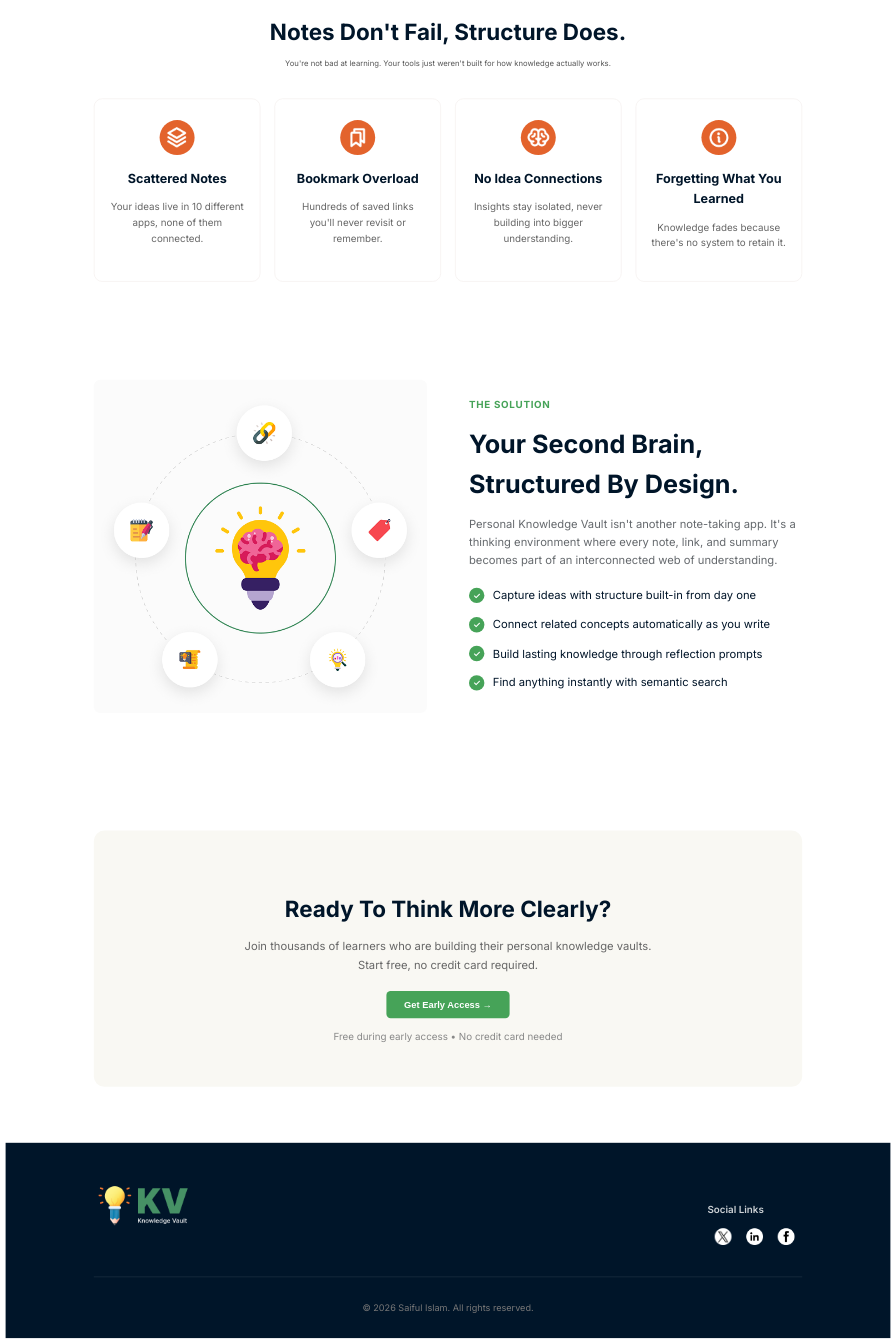
Repository: Saiful21Islam/my-fast-devel
Page: index.html
These files come from the project's save history. The page is drawn as it stood at one moment and after a run of saves; the edit follows.
The browser window is 1280 px wide. The pictures show the part of the page from y = 681 to 2601 px (the page is 2601 px tall), at 70% of full size.

Above is the page before, as saved 2026-01-31 14:55:51.

### index.html
<!DOCTYPE html>
<html lang="en">

<head>
    <meta charset="UTF-8">
    <meta name="viewport" content="width=device-width, initial-scale=1.0">
    <title>My Fast Development Project</title>
    <link rel="preconnect" href="https://fonts.googleapis.com">
<link rel="preconnect" href="https://fonts.gstatic.com" crossorigin>
<link href="https://fonts.googleapis.com/css2?family=Inter:ital,opsz,wght@0,14..32,100..900;1,14..32,100..900&family=Open+Sans:ital,wght@0,300..800;1,300..800&family=Work+Sans:ital,wght@0,100..900;1,100..900&display=swap" rel="stylesheet">
    <link rel="stylesheet" href="style.css">
</head>

<body>
    <header class="navbar">
        <div class="logo">
            <img src="assets/logo-navbar.png" alt="kv logo">
        </div>
    <nav class="nav-links">
        <a href="#">Features</a>
        <a href="#">How it Works</a>
        <a href="#">Why It's Different</a>
    </nav>
    <button class="btn-primary">Get Early Access</button>
</header>
 <section class="banner">
        <div class="banner-overlay">
            <div class="banner-content">
                <span class="early-badge">Early Access Now Open</span>
                <h1>Structured Thinking, <br><span class="green-text">Not Just Note-Taking.</span></h1>
                <p>A private space to store notes, links, and learning summaries — designed to help you think clearly,
                    connect ideas, and turn learning into long-term knowledge.</p>
                <div class="banner-btns">
                  <button class="btn-primary">Start Building Your Vault &rarr;</button>

                  <button class="btn-outline">
                  <span class="play-icon">&#9655;</span> See How It Works
                           </button>
                </div>
            </div>
        </div>
    </section>
        <section class="notes">
    <h2 class="Notes" >Notes Don't Fail, Structure Does.</h2>
    <p class="subtitle">You're not bad at learning. Your tools just weren't built for how knowledge actually works.</p>

    <div class="card-container">
        <div class="card">
            <div class="icon-circle red-bg"> <img src="assets/Vector.png" alt=""> </div>
            <h3>Scattered Notes</h3>
            <p>Your ideas live in 10 different apps, none of them connected.</p>
        </div>
        <div class="card">
            <div class="icon-circle orange-bg"> <img src="assets/Bookmarks.png" alt=""> </div>
            <h3>Bookmark Overload</h3>
            <p>Hundreds of saved links you'll never revisit or remember.</p>
        </div>
        <div class="card">
            <div class="icon-circle red-bg"> <img src="assets/Brain.png" alt=""> </div>
            <h3>No Idea Connections</h3>
            <p>Insights stay isolated, never building into bigger understanding.</p>
        </div>
        <div class="card">
            <div class="icon-circle red-bg"> <img src="assets/Info.png" alt=""> </div>
            <h3>Forgetting What You Learned</h3>
            <p>Knowledge fades because there's no system to retain it.</p>
        </div>
    </div>
    </section>
 <section class="second-brain">
    <div class="brain-visual">
        <img src="assets/knowledge.png" alt="Second Brain Illustration">
    </div>

    <div class="brain-content">
        <span class="solution-tag">THE SOLUTION</span>
        <h2>Your Second Brain, <br> Structured By Design.</h2>
        <p class="prgrap" >Personal Knowledge Vault isn't another note-taking app. It's a thinking environment where every note, link, and summary becomes part of an interconnected web of understanding.</p>

        <ul class="feature-list">
            <li>Capture ideas with structure built-in from day one</li>
            <li>Connect related concepts automatically as you write</li>
            <li>Build lasting knowledge through reflection prompts</li>
            <li>Find anything instantly with semantic search</li>
        </ul>
    </div>
</section>

<section class="cta-section">
    <div class="cta-container">
        <h2>Ready To Think More Clearly?</h2>
        <p>Join thousands of learners who are building their personal knowledge vaults. <br> Start free, no credit card required.</p>

        <button class="btn-primary">Get Early Access &rarr;</button>

        <span class="cta-subtext">Free during early access • No credit card needed</span>
    </div>
</section>

<footer class="footer">
    <div class="footer-top">
        <div class="footer-logo">
            <span> <div><img src="assets/logo-footer.png" alt=""></div> </span>
        </div>

        <div class="social-links">
            <p class="social-links-title">Social Links</p>
            <div class="icons">
                <a href="#"> <img src="icon/tw.c.png" alt="Twitter"> </a>
                <a href="#"> <img src="icon/in.c.png" alt="LinkedIn"> </a>
                <a href="#"> <img src="icon/fb.c.png" alt="Facebook"> </a>
            </div>
        </div>
    </div>
    <div class="footer-bottom">
        <p>&copy; 2026 Saiful Islam. All rights reserved.</p>
    </div>
</footer>

</body>
</html>

### style.css
/* Google Font (Always on Top) */
@import url('https://fonts.googleapis.com/css2?family=Inter:wght@400;600;700&display=swap');

/* Global */
body {
    font-family: 'Inter', sans-serif;
    color: #001529;
    line-height: 1.6;
}

/* Navbar */
.navbar {
    display: flex;
    justify-content: space-between;
    align-items: center;
    padding: 20px 5%;
}

.nav-links a {
    text-decoration: none;
    color: black;
    margin: 0 15px;
}

/* Buttons */
.btn-early {
    background-color: #46a358;
    color: white;
    padding: 10px 20px;
    border: none;
    border-radius: 5px;
}

/* Banner */
.banner {
    background-image: linear-gradient(rgba(0, 0, 0, 0.5), rgba(0, 0, 0, 0.5)),
        url('assets/hero-bg.png');
    background-size: cover;
    background-position: center;
    height: 500px;

    display: flex;
    justify-content: center;
    align-items: center;
    text-align: center;
    color: white;
}

/* Badge */
.early-badge {
    display: inline-flex;
    align-items: center;
    color: #46a358;
    background-color: #fff;
    padding: 6px 15px;
    border: 1px solid #eee;
    border-radius: 50px;
    font-size: 12px;
    font-weight: 600;
    cursor: pointer;
    box-shadow: 0 2px 5px rgba(0, 0, 0, 0.1);
}

.early-badge::before {
    content: "";
    height: 8px;
    width: 8px;
    background-color: #46a358;
    border-radius: 50%;
    margin-right: 8px;
    box-shadow: 0 0 5px rgba(70, 163, 88, 0.8);
}

/* Text */
h1 {
    font-size: 56px;
    font-weight: 700;
    letter-spacing: -1px;
}

.green-text {
    color: #46a358;
}

.banner p {
    font-size: 18px;
    color: #cfd8dc;
    max-width: 650px;
    margin: 20px auto;
}

/* Banner Buttons */
.banner-btns {
    display: flex;
    justify-content: center;
    gap: 15px;
    margin-top: 30px;
}

.btn-primary {
    background-color: #46a358;
    color: white;
    padding: 12px 25px;
    border: none;
    border-radius: 6px;
    font-weight: 600;
    cursor: pointer;
    transition: 0.3s;
}

.btn-primary:hover {
    background-color: #3b8a4a;
}

.btn-outline {
    background: transparent;
    color: white;
    padding: 12px 25px;
    border: 1px solid rgba(255, 255, 255, 0.4);
    border-radius: 6px;
    font-weight: 500;
    cursor: pointer;
    display: flex;
    align-items: center;
    gap: 8px;
}

.btn-outline:hover {
    background: rgba(255, 255, 255, 0.1);
    border-color: white;
}


.notes {
    text-align: center;
    padding: 60px 10%;
    background-color: #fff;
}

.card-container {
    display: flex;
    /* 4ti card ke pashapashi rakhar jonno */
    gap: 20px;
    margin-top: 40px;
}

.card {
    flex: 1;
    /* Shob card shoman size-er hobe */
    padding: 30px 20px;
    border: 1px solid #f4f0ee;
    border-radius: 12px;
    transition: 0.3s;

}

/* Hover Effect (Challenge Requirement) */
.card:hover {
    box-shadow: 0 10px 20px rgba(0, 0, 0, 0.05);
    transform: translateY(-5px);
}

/* Icon Design */
.icon-circle {
    width: 50px;
    height: 50px;
    border-radius: 50%;
    display: flex;
    align-items: center;
    justify-content: center;
    margin: 0 auto 20px;
    font-size: 20px;

}

.Notes {
    font-size: 32px;
    font-weight: 700;
    margin-bottom: 10px;
}

.subtitle {
    font-size: 11px;
    color: #555;
}

.red-bg {
    background-color: #e3632c;
    color: #f1ecec;
}

.orange-bg {
    background-color: #e3632c;
    color: #fefdfc;
}

.card h3 {
    font-size: 18px;
    margin-bottom: 10px;
}

.card p {
    font-size: 14px;
    color: #666;
}

.second-brain {
    display: flex;
    align-items: center;
    padding: 80px 10%;
    gap: 60px;
}

.brain-visual,
.brain-content {
    flex: 1;
}

.brain-visual img {
    max-width: 100%;
    height: auto;
}

.solution-tag {
    color: #46a358;
    font-size: 14px;
    font-weight: 700;
    text-transform: uppercase;
    letter-spacing: 1px;
}

.brain-content h2 {
    font-size: 36px;
    margin: 15px 0;
    color: #001529;
}

/* Feature List Styling */
.feature-list {
    list-style: none;
    padding: 0;
    margin-top: 25px;
}

.feature-list li {
    display: flex;
    align-items: center;
    margin-bottom: 16px;
    font-size: 16px;
    color: #001529;
}

/* Green Circle Checkmark magic */
.feature-list li::before {
    content: "✓";
    color: white;
    background-color: #46a358;
    width: 22px;
    height: 22px;
    border-radius: 50%;
    display: flex;
    justify-content: center;
    align-items: center;
    margin-right: 12px;
    font-size: 12px;
    font-weight: bold;
    flex-shrink: 0;
}

.prgrap {
    color: #65696d;
}

/* CTA Section Styling */
.cta-section {
    padding: 80px 10%;
    background-color: #fff;
}

.cta-container {
    background-color: #f9f8f3;
    /* Mockup-er halka cream color */
    padding: 60px 20px;
    border-radius: 15px;
    text-align: center;
}

.cta-container h2 {
    font-size: 32px;
    color: #001529;
    margin-bottom: 15px;
}

.cta-container p {
    color: #666;
    margin-bottom: 25px;
    line-height: 1.6;
}

.cta-subtext {
    display: block;
    margin-top: 15px;
    font-size: 14px;
    color: #888;
}

/* Footer Styling */
.footer {
    background-color: #001529;
    /* Deep navy blue */
    color: white;
    padding: 60px 10% 20px;
}

.footer-top {
    display: flex;
    justify-content: space-between;
    align-items: flex-start;
    border-bottom: 1px solid rgba(255, 255, 255, 0.1);
    padding-bottom: 40px;
}

.footer-logo .logo-text {
    font-size: 24px;
    font-weight: bold;
    color: #46a358;
}

.footer-logo p {
    font-size: 12px;
    color: #aaa;
}

.social-links p {
    font-size: 14px;
    margin-bottom: 10px;
}

.social-links .icons a {
    text-decoration: none;
    margin-left: 10px;
    font-size: 20px;
}

.footer-bottom {
    text-align: center;
    padding-top: 20px;
    font-size: 13px;
    color: #777;
}

.social-links {
    text-align: left;
    margin-top: 10px;

}
.social-links-title {
    color: #ffffff;
    font-size: 14px;
    margin-bottom: 15px;
    font-weight: 600;
    opacity: 0.8;
}

.icons {
    /* text-align: left; */
    display: flex;
    /* justify-content: flex-end; */
    /* gap: 3px; */
}
.icons a {
    display: flex;
    align-items: center;
    justify-content: flex-start;
    gap: 2px;
    width: 35px;
    height: 35px;
    background-color: transparent;
    border-radius: 50%;
    transition: transform 0.3s ease, background-color 0.3s ease;
}

.icons a img {
    width: 24px;
    height: auto;
    display: block;
}

.icons a:hover {
    transform: translateY(-3px);
    background-color: rgba(255, 255, 255, 0.1);
}

After the next 2 saves:
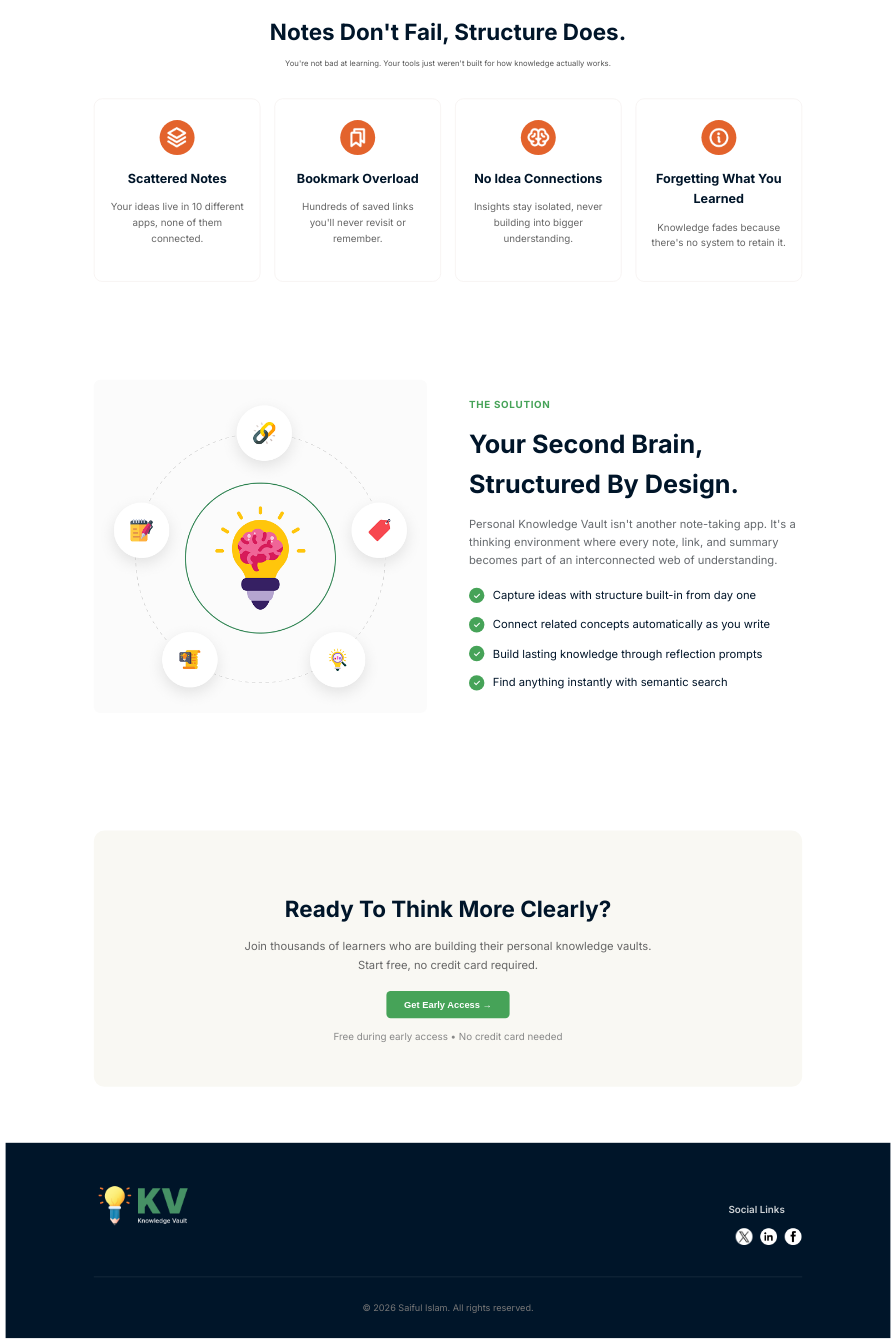
The 2 saves are shown as one change because they came seconds apart.
The last was saved 2 min 57 s later.
--- a/style.css
+++ b/style.css
@@ -373,7 +373,7 @@ h1 {
     align-items: center;
     justify-content: flex-start;
     gap: 2px;
-    width: 35px;
+    width: 25px;
     height: 35px;
     background-color: transparent;
     border-radius: 50%;
